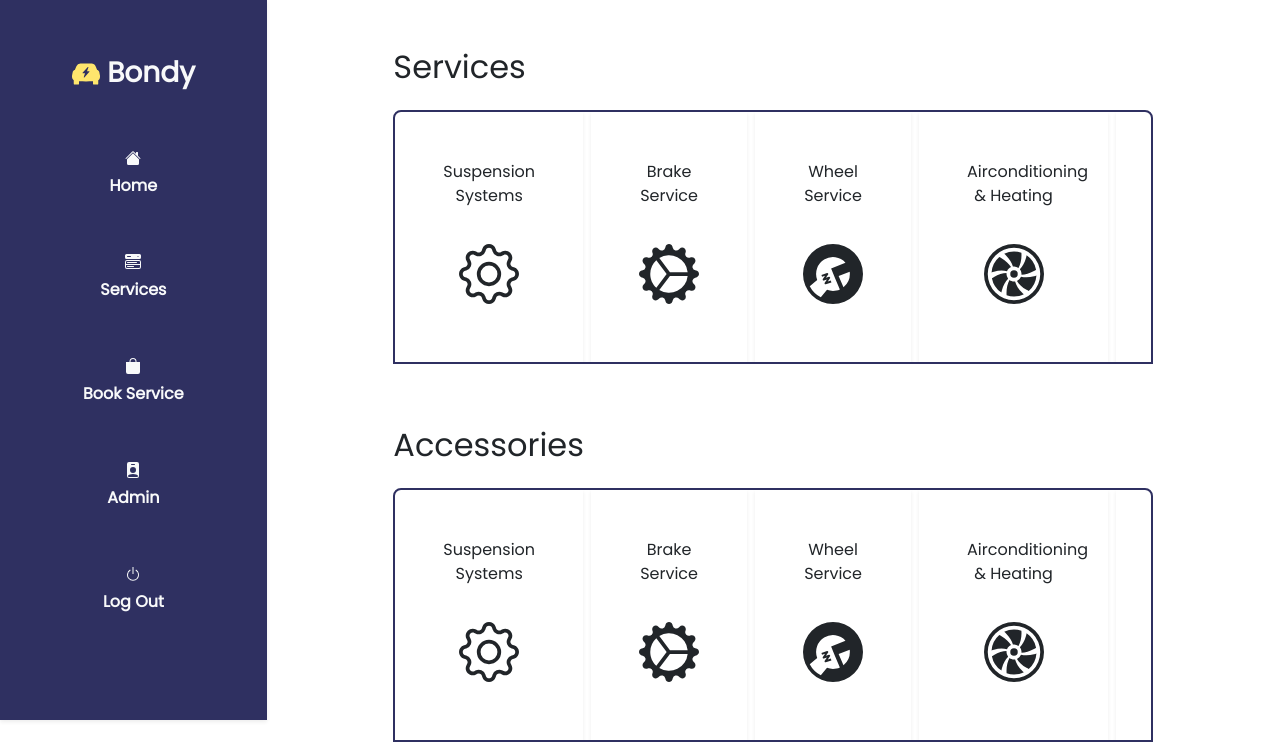
Repository: duzzisantos/bondy
Page: /
These files come from the project's save history. The page is drawn as it stood at one moment and after the next save; the edit follows.
The browser window is 1280 px wide. The pictures show the whole page.
Some web libraries are served in a nearby version. The project was rebuilt for these pictures with package versions that can differ from the ones it lists, and the page was loaded fresh each time.

Above is the page before, as saved 2023-06-18 00:59:08.

### public/index.html
<!DOCTYPE html>
<html lang="en">
  <head>
    <meta charset="utf-8" />
    <link rel="icon" href="%PUBLIC_URL%/favicon.ico" />
    <meta name="viewport" content="width=device-width, initial-scale=1" />
    <meta name="theme-color" content="#000000" />
    <meta
      name="description"
      content="Web site created using create-react-app"
    />
    <link rel="apple-touch-icon" href="%PUBLIC_URL%/logo192.png" />
    <!-- Option 1: Include in HTML -->
    <link
      rel="stylesheet"
      href="https://cdn.jsdelivr.net/npm/bootstrap-icons@1.3.0/font/bootstrap-icons.css"
    />
    <link rel="preconnect" href="https://fonts.googleapis.com" />
    <link rel="preconnect" href="https://fonts.gstatic.com" crossorigin />
    <!--
      manifest.json provides metadata used when your web app is installed on a
      user's mobile device or desktop. See https://developers.google.com/web/fundamentals/web-app-manifest/
    -->
    <link rel="manifest" href="%PUBLIC_URL%/manifest.json" />
    <!--
      Notice the use of %PUBLIC_URL% in the tags above.
      It will be replaced with the URL of the `public` folder during the build.
      Only files inside the `public` folder can be referenced from the HTML.

      Unlike "/favicon.ico" or "favicon.ico", "%PUBLIC_URL%/favicon.ico" will
      work correctly both with client-side routing and a non-root public URL.
      Learn how to configure a non-root public URL by running `npm run build`.
    -->
    <title>React App</title>
  </head>
  <body>
    <noscript>You need to enable JavaScript to run this app.</noscript>
    <div id="root"></div>
    <!--
      This HTML file is a template.
      If you open it directly in the browser, you will see an empty page.

      You can add webfonts, meta tags, or analytics to this file.
      The build step will place the bundled scripts into the <body> tag.

      To begin the development, run `npm start` or `yarn start`.
      To create a production bundle, use `npm run build` or `yarn build`.
    -->
  </body>
</html>

### src/index.js
import React from "react";
import ReactDOM from "react-dom/client";
import "./index.css";
import App from "./App";
import "bootstrap/dist/css/bootstrap.min.css";
import { BrowserRouter as Router } from "react-router-dom";

const root = ReactDOM.createRoot(document.getElementById("root"));
root.render(
  <React.StrictMode>
    <Router>
      <App />
    </Router>
  </React.StrictMode>
);

### src/App.js
import "./App.css";
import "bootstrap";
import SideBar from "./components/Navigation/SideBar";
import { Routes, Route } from "react-router-dom";
import LandingPage from "./views/LandingPage";
function App() {
  return (
    <div className="App d-flex flex-row flex-nowrap">
      <SideBar />
      <Routes>
        <Route path="/" element={<LandingPage />} />
        <Route path="/home" element={<LandingPage />} />
      </Routes>
    </div>
  );
}

export default App;

### src/App.css
@import url("https://fonts.googleapis.com/css2?family=Cabin&family=Montserrat:wght@200&family=Poppins&display=swap");

* {
  font-family: "Poppins", sans-serif;
}
.App {
  text-align: center;
}

.custom-color {
  color: #2f3061 !important;
}

.custom-bg-color {
  background-color: #2f3061;
}

.custom-border {
  border: 2px solid #2f3061;
}

### src/components/Navigation/SideBar.tsx
import React, { FunctionComponent } from "react";
import "react-bootstrap";
import "../../App.css";
import "./Navigation.scss";
import { Link } from "react-router-dom";
import {
  HouseFill,
  BagFill,
  PersonBadgeFill,
  Power,
  EvFrontFill,
  MenuButtonWideFill,
} from "react-bootstrap-icons";

const commonLinkClasses =
  "d-flex flex-column justify-content-center align-items-center p-1 gap-2 text-light text-decoration-none fw-bold";
const SideBar: FunctionComponent = () => {
  return (
    <div className="col-2 vh-100 custom-bg-color shadow-sm p-5 text-light d-flex flex-column vstack gap-5">
      <Link to={"/"} className={commonLinkClasses + " fs-3"}>
        <span>
          <EvFrontFill className="brand-icon-color" /> Bondy
        </span>
      </Link>
      <Link to={"/home"} className={commonLinkClasses}>
        <HouseFill />
        Home
      </Link>

      <Link to={"/services"} className={commonLinkClasses}>
        <MenuButtonWideFill />
        Services
      </Link>

      <Link to={"/book-service"} className={commonLinkClasses}>
        <BagFill />
        Book Service
      </Link>

      <Link to={"/admin"} className={commonLinkClasses}>
        <PersonBadgeFill />
        Admin
      </Link>

      <Link to={"/logout"} className={commonLinkClasses}>
        <Power />
        Log Out
      </Link>
    </div>
  );
};

export default SideBar;

### src/views/LandingPage.tsx
import React, { FunctionComponent } from "react";
import "../components/Home/LandingPage.scss";
import LandingPageScrollContainer from "src/components/Home/LandingPageScrollContainer";
import { servicesList } from "src/components/Home/landingPageContent";

const LandingPage: FunctionComponent = () => {
  const handleClick = () => {
    console.log("This was clicked");
  };
  return (
    <div className="col-lg-9 pt-5 vstack gap-5 d-flex flex-column align-items-center">
      <LandingPageScrollContainer
        content={servicesList}
        category="Services"
        handleClick={handleClick}
      />
      <LandingPageScrollContainer
        content={servicesList}
        category="Accessories"
        handleClick={handleClick}
      />
    </div>
  );
};

export default LandingPage;

### src/components/Navigation/Navigation.scss
.brand-icon-color {
  color: #ffe66d !important;
}

### src/components/Home/LandingPage.scss
.scroll-container-fixed {
  position: fixed !important;
}

.scroll-container-size {
  height: 330px !important;
}

.service-card {
  height: 270px !important;
}

.service-icon-font {
  font-size: 60px !important;
}

### src/components/Home/LandingPageScrollContainer.tsx
import React, { FunctionComponent } from "react";
import "../../App.css";
import { Link } from "react-router-dom";

interface ScrollContainerProps {
  content: any[];
  category: string;
  handleClick: any;
}
const LandingPageScrollContainer: FunctionComponent<ScrollContainerProps> = ({
  content,
  category,
  handleClick,
}) => {
  return (
    <section className="col-9 scroll-container-size">
      <h2 className="text-start mb-4">{category}</h2>
      <div className="overflow-x-scroll d-flex flex-row hstack gap-2 custom-border rounded-3 rounded-bottom-0">
        {content.map((element, index) => (
          <Link
            to={`/services/${element.category}`}
            key={index}
            className="text-decoration-none text-dark w-25 p-5 shadow-sm d-flex flex-column vstack gap-3"
            onClick={handleClick}
          >
            <span>{element.category}</span>
            <span className="service-icon-font">{element.icon}</span>
          </Link>
        ))}
      </div>
    </section>
  );
};

export default LandingPageScrollContainer;

### src/components/Home/landingPageContent.tsx
import React from "react";
import {
  Gear,
  GearWideConnected,
  WrenchAdjustableCircleFill,
  Fan,
  DropletHalf,
  CarFrontFill,
} from "react-bootstrap-icons";
export const servicesList = [
  {
    id: 1,
    category: "Suspension Systems",
    icon: <Gear />,
  },
  {
    id: 2,
    category: "Brake Service",
    icon: <GearWideConnected />,
  },
  {
    id: 3,
    category: "Wheel Service",
    icon: <WrenchAdjustableCircleFill />,
  },
  {
    id: 4,
    category: "Airconditioning & Heating",
    icon: <Fan />,
  },
  {
    id: 5,
    category: "Oil Change",
    icon: <DropletHalf />,
  },
  {
    id: 6,
    category: "Body Work",
    icon: <CarFrontFill />,
  },
];

Loaded but not shown: src/index.css (common file)

After the next save:
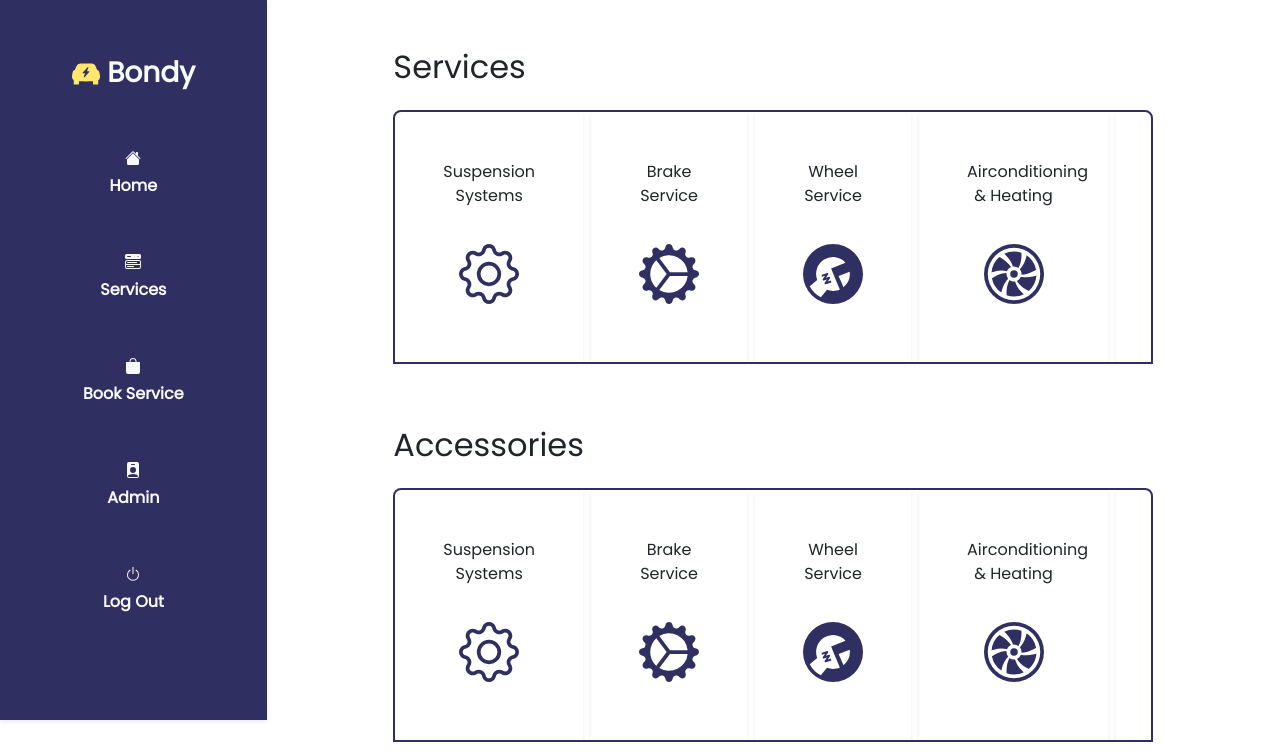
Saved 49 s later.
--- a/src/components/Home/LandingPageScrollContainer.tsx
+++ b/src/components/Home/LandingPageScrollContainer.tsx
@@ -24,7 +24,9 @@ const LandingPageScrollContainer: FunctionComponent<ScrollContainerProps> = ({
             onClick={handleClick}
           >
             <span>{element.category}</span>
-            <span className="service-icon-font">{element.icon}</span>
+            <span className="service-icon-font custom-color">
+              {element.icon}
+            </span>
           </Link>
         ))}
       </div>
